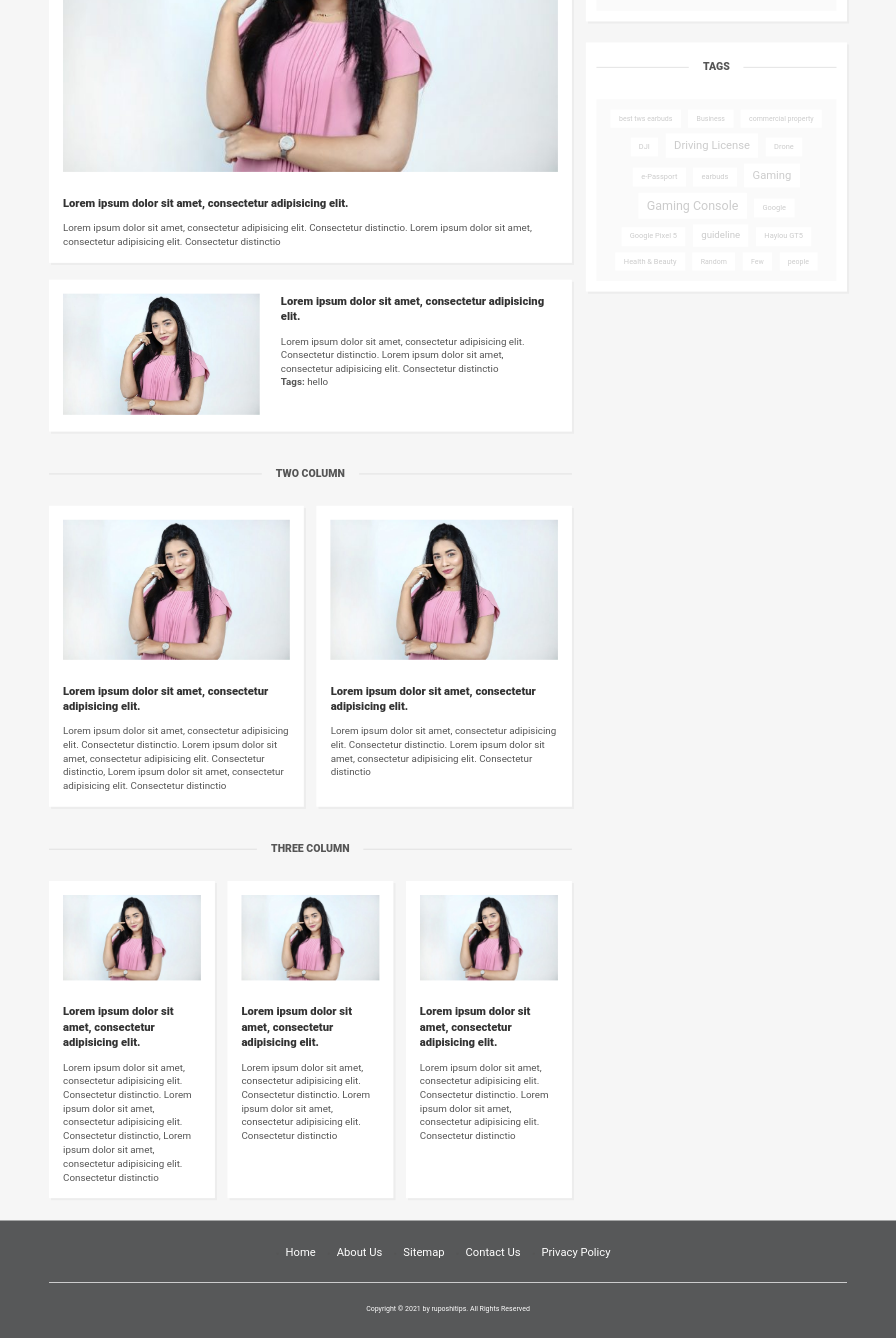
Repository: riff3r/wp-blog
Page: index.html
These files come from the project's save history. The page is drawn as it stood at one moment and after a run of saves; the edit follows.
The browser window is 1280 px wide. The pictures show the part of the page from y = 941 to 2861 px (the page is 2853 px tall before and 2861 px after), at 70% of full size.

Above is the page before, as saved 2021-10-28 06:32:50.

After the next 4 saves:
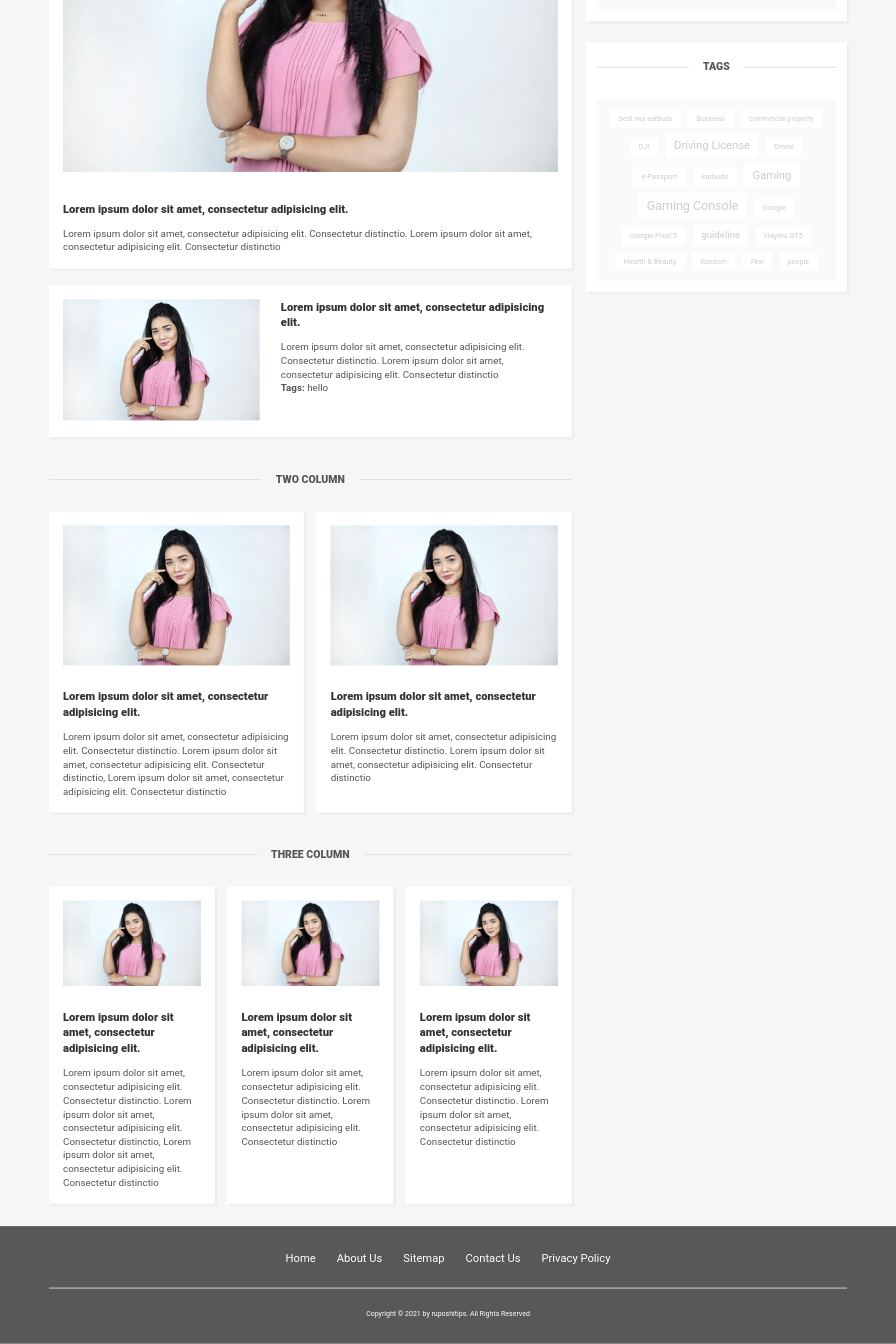
The 4 saves are shown as one change because they came seconds apart.
The last was saved 2 min 42 s later.
--- a/css/style.css
+++ b/css/style.css
@@ -136,6 +136,11 @@ h5,
 h6 {
   font-family: "Roboto", sans-serif;
   font-weight: 900;
+}
+
+h3,
+.h3 {
+  font-size: 24px;
 }
 
 .main-title {
